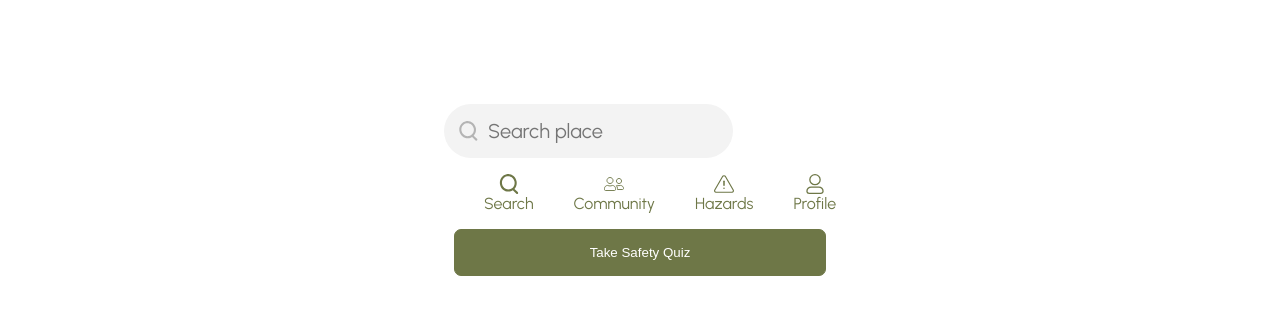
Repository: Aladdin3r/SafeCycle
Page: /
The author's editor kept a copy of each file at every save. The page is drawn from the files as they stood at one save, then again after the next save.
The browser window is 1280 px wide. The pictures show the whole page.
The project was rebuilt for these pictures with package versions that can differ from the ones it lists, and the page was loaded fresh each time. The framework's server and built-in components were replaced by stand-ins that run in the browser.

Above is the page before, as saved 2024-04-15 12:49:55.

### pages/index.js
import Head from "next/head";
import styles from "@/styles/Home.module.css";
import Link from 'next/link'
import NavBar from "@/components/NavBar";


export default function Home() {
  return (
    <>
      <Head>
        <title>SafeCycle</title>
        <meta name="description" content="Home Page" />
        <meta name="viewport" content="width=device-width, initial-scale=1" />
        <link rel="icon" href="/favicon3.png" />
      </Head>
      <main className={`${styles.main}`}>
        <NavBar />
        <Link href="/quiz/questionOne">
          <button  className={styles.button}>Take Safety Quiz</button>
        </Link>

      </main>
    </>
  );
}

### styles/globals.css
@import url('https://fonts.googleapis.com/css2?family=Urbanist:wght@300;400;500;600&display=swap');

:root {
  --grey: #F3F3F3;
  --light-grey: #B4B4B4;
  --button-color: #6e7747;
  --button-color-hover: #4d5527;
  --correct: #008000;
  font-family: 'Urbanist', sans-serif;
}

### styles/Home.module.css
.main {
  display: flex;
  flex-direction: column;
  justify-content: space-between;
  align-items: center;
  padding: 6rem;
  min-height: 20vh;
}

.button {
  width: 372px;
  height: 47px;
  background-color: var(--button-color);
  color: white;
  border: 1.5px solid var(--button-color);
  border-radius: 7px;
}
.button:hover{
  width: 372px;
  height: 47px;
  background-color: var(--button-color-hover);
  color: white;
  border: 1.5px solid var(--button-color-hover);
  border-radius: 7px;
}

### components/NavBar/index.js
import nextConfig from '@/next.config.mjs'
import styles from './NavBar.module.css'
import Image from 'next/image'

export default function NavBar() {
    return(
        <div className={styles.Container}>
            <div className={styles.navigation}>
                <form>
                    <div className={styles.search}>
                        <Image className={styles.searchIcon} src="./icons/search.svg" width={20} height={20} />
                        <input className={styles.searchInput} type="search" placeholder='Search place'></input>
                    </div>
                </form>
                <ul>
                    <li className={styles.list}>
                        <Image src="./icons/searchgreen.svg" width={20} height={20} />
                        <a>Search</a>
                    </li>
                    <li className={styles.list}>
                        <Image src="./icons/community.svg" width={20} height={20} />
                        <a>Community</a>
                    </li>
                    <li className={styles.list}>
                        <Image src="./icons/hazard.svg" width={20} height={20} />
                        <a>Hazards</a>
                    </li>
                    <li className={styles.list}>
                        <Image src="./icons/profile.svg" width={20} height={20} />
                        <a>Profile</a>
                    </li>

                </ul>
            </div>
        </div>
    )
}

### components/NavBar/NavBar.module.css
.search {
    width: max-content;
    align-items: center;
    padding: 14px;
    border-radius: 28px;
    background-color: var(--grey);
}

.searchInput {
    background-color: var(--grey);
    border: none;
    font-size: 20px;
    color: var(--light-grey);
    font-family: 'Urbanist';
}

.container {
    display: flex;
    justify-content: end;
    align-items: center;
    margin: 0 50px;
    position: sticky;
    margin-bottom: 0;
    bottom: 0;
}

.search {
    display: flex;
    flex-direction: row;
    gap: 0.5em;
}

.navigation ul{
    display: flex;
    flex-direction: row;
    gap: 2.5em;
    list-style-type: none;
    background-color: white;
    color: var(--button-color);
}

.navigation li {
    display: flex;
    flex-direction: column;
    justify-content: center;
    align-items: center;
}

Loaded but not shown: pages/_app.js (common file); pages/_document.js (common file); next.config.mjs (common file)

After the next save:
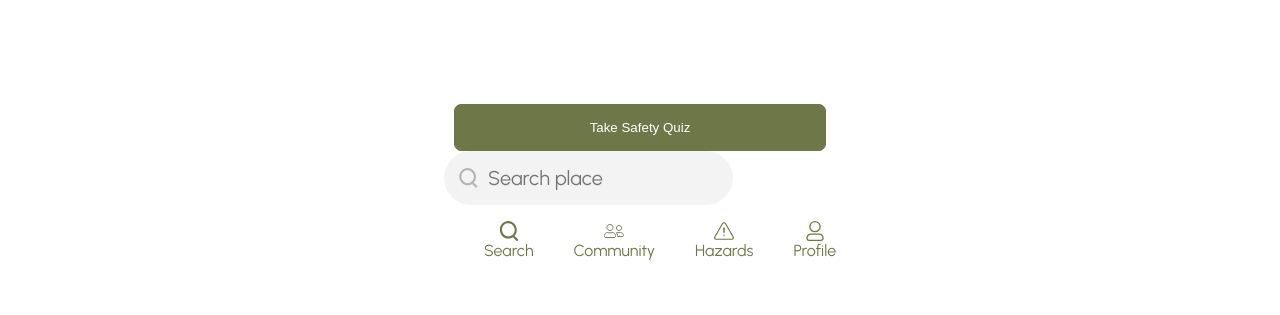
Saved 39 s later.
--- a/pages/index.js
+++ b/pages/index.js
@@ -14,11 +14,11 @@ export default function Home() {
         <link rel="icon" href="/favicon3.png" />
       </Head>
       <main className={`${styles.main}`}>
-        <NavBar />
+
         <Link href="/quiz/questionOne">
           <button  className={styles.button}>Take Safety Quiz</button>
         </Link>
-
+        <NavBar />
       </main>
     </>
   );
